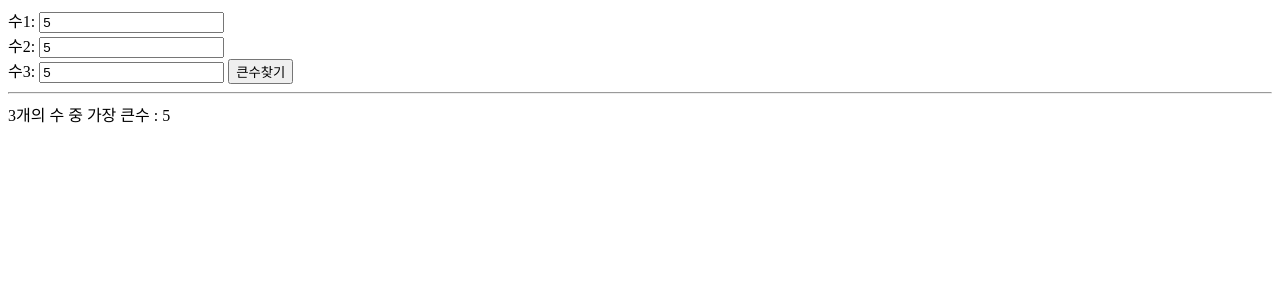
Repository: Jin0207/javaScript
Page: day0103/src/main/webapp/nestedIfTest.html
An editor plug-in stored every save of this project. The page is shown before and after the next save, followed by the edit.
The browser window is 1280 px wide. The pictures show the whole page.
Empty fields were first filled with sample values (such as "Sample", 5 or name@example.com).
After loading, the first visible `button` was clicked once.

Above is the page before, as saved 2022-01-03 05:46:36.

### day0103/src/main/webapp/nestedIfTest.html
<!DOCTYPE html>
<html>
<head>
<meta charset="UTF-8">
<title>Insert title here</title>
<script type="text/javascript">
	function max() {
		const num1 = document.getElementById("num1").value;
		const num2 = document.getElementById("num2").value;
		const num3 = document.getElementById("num3").value;
		let max = num1;

		if(num2 > max){
			max = num2;

			if(num3 > num2){
				max = num3;
			}
		}

		document.getElementById("result").innerHTML = max;
	}
</script>
</head>
<body>
	수1: <input type="number" id="num1"><br>
	수2: <input type="number" id="num2"><br>
	수3: <input type="number" id="num3">
	<button type="button" onclick="max()">큰수찾기</button>
	<hr>
	3개의 수 중 가장 큰수 : <span id="result"></span>
</body>
</html>

After the next save:
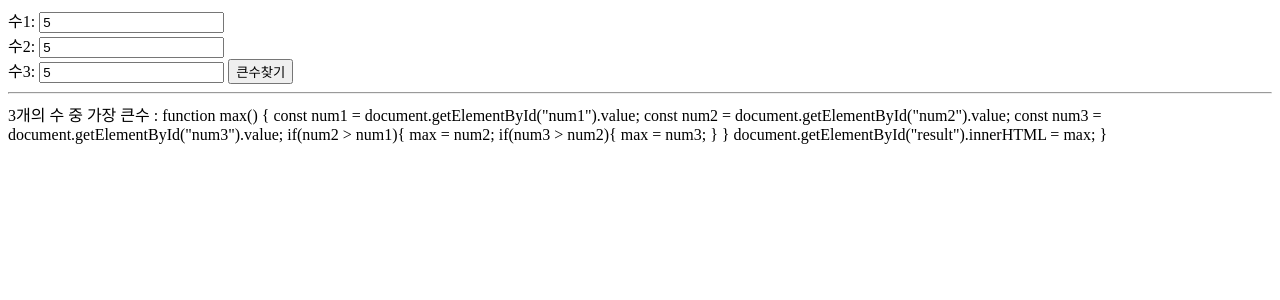
Saved 70 s later.
--- a/day0103/src/main/webapp/nestedIfTest.html
+++ b/day0103/src/main/webapp/nestedIfTest.html
@@ -8,9 +8,8 @@
 		const num1 = document.getElementById("num1").value;
 		const num2 = document.getElementById("num2").value;
 		const num3 = document.getElementById("num3").value;
-		let max = num1;
 
-		if(num2 > max){
+		if(num2 > num1){
 			max = num2;
 
 			if(num3 > num2){

After the save that followed:
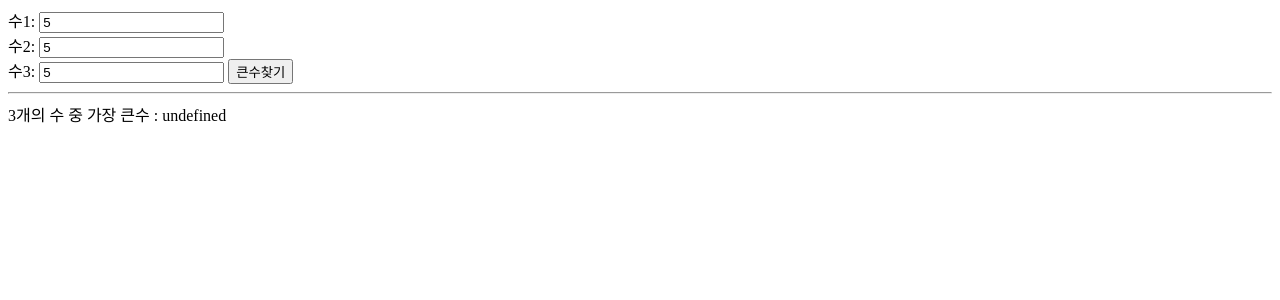
Saved 45 s later.
--- a/day0103/src/main/webapp/nestedIfTest.html
+++ b/day0103/src/main/webapp/nestedIfTest.html
@@ -8,6 +8,9 @@
 		const num1 = document.getElementById("num1").value;
 		const num2 = document.getElementById("num2").value;
 		const num3 = document.getElementById("num3").value;
+
+		let max;
+
 
 		if(num2 > num1){
 			max = num2;
